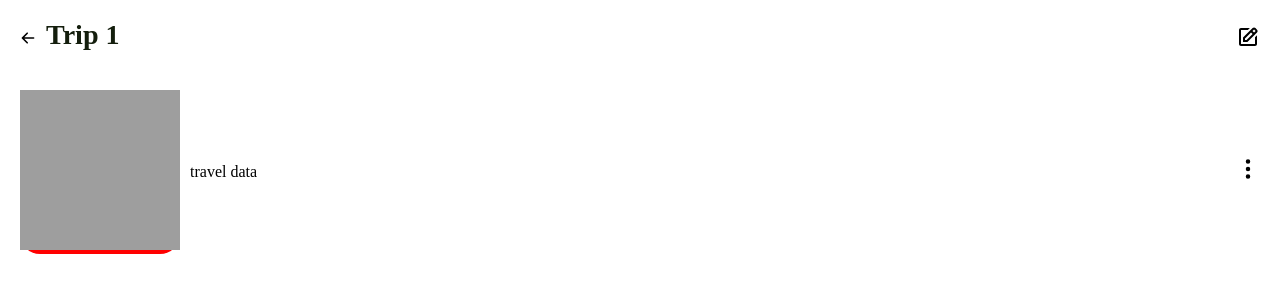
Repository: Abhi2359/PWA_Corider
Page: /
The author's editor kept a copy of each file at every save. The page is drawn from the files as they stood at one save, then again after a run of saves.
The browser window is 1280 px wide. The pictures show the whole page.
Pictures or frames that could not be fetched are drawn as grey boxes. The page's requests for data from a server got no answer. The project was rebuilt for these pictures with package versions that can differ from the ones it lists, and the page was loaded fresh each time. No one was signed in, and anything a server would have sent is missing. Also part of the build but not shown: vite.config.js.

Above is the page before, as saved 2023-05-13 02:26:31.

### src/App.jsx
import { useEffect, useState } from 'react';
import './App.css'
import { fetchData } from './api/fetchData'
import Header from './Header';

function App() {
  const [data, setData] = useState([]);
  const [isLoading, setIsLoading] = useState(false);
  const [error, setError] = useState(null);

  useEffect(() => {
    const fetchDataFromApi = async () => {
      setIsLoading(true);

      try {
        const apiData = await fetchData();
        setData(apiData);
      } catch (error) {
        setError(error.message);
      }

      setIsLoading(false);
    };

    fetchDataFromApi();
  }, []);



  return (
    <>
    <div>
    <Header/>
    </div>
    </>
  )
}

export default App

### src/App.css
*{
    margin: 0;
    padding: 0;
    box-sizing: border-box;
}

/* Header css */
.trip{
    display: flex;
    align-items: center;
    justify-content: space-between;
    margin: 10px;
    padding: 10px;
}
.icon {
    margin-right: 10px;
  }

  .trip_no {
    margin-right: auto;
    margin-bottom: 10px;
    width: 275px;
height: 30px;

font-family: 'Mulish';
font-style: normal;
font-weight: 700;
font-size: 24px;
line-height: 30px;

color: #141E0D;
  }

  .edit_icon {
    margin-left: 10px;
   font-size: 24px;
  }


  .trip_details{
    display: flex;
    align-items: center;
    justify-content: space-between;
    margin: 10px;
    padding: 10px;
}

.user_icon{
    margin-right: 10px;
    border-radius: 20px;
    background-color: red;
}
.travel_data{
    margin-right: auto;
}

.dot_icon{
    margin-left: 10px;
    font-size: 24px;
}

### src/api/fetchData.js
import axios from "axios";

const API_URL = "http://3.111.128.67/assignment/chat";

export const fetchData = async (page) => {
    try {
      const response = await axios.get(API_URL, {
        params: { page },
      });
      return response.data;
    } catch (error) {
      throw new Error('Error while fetching data');
    }
  };

### src/Header.jsx
import React from 'react'
import {HiArrowLeft} from "react-icons/hi"
import {BiEdit} from "react-icons/bi"
import {BsThreeDotsVertical} from "react-icons/bs"
import  styles from"./App.css"
const Header = () => {
  return (

    <>
    <div className="header">
        <div className="trip">
           <div className="icon"><HiArrowLeft/></div>
           <div className="trip_no"><h3>Trip 1</h3></div>
           <div className="edit_icon"><BiEdit/></div>
        </div>
        <div className="trip_details">
            <div className="user_icon" >
                <img src="https://fastly.picsum.photos/id/1072/160/160.jpg?hmac=IDpbpA5neYzFjtkdFmBDKXwgr-907ewXLa9lLk9JuA8" alt="" />
            </div>
            <div className="travel_data">travel data</div>
            <div className="dot_icon"><BsThreeDotsVertical/></div>
        </div>
    </div>
    </>
  )
}

export default Header

Loaded but not shown: index.html (common file); src/main.jsx (common file)

After the next 3 saves:
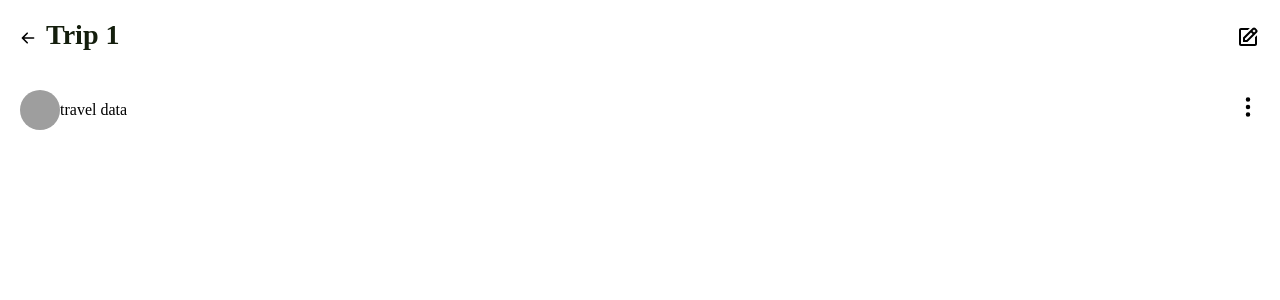
The 3 saves are shown as one change because they came seconds apart.
The last was saved 65 s later.
--- a/src/App.css
+++ b/src/App.css
@@ -45,11 +45,20 @@ color: #141E0D;
     padding: 10px;
 }
 
-.user_icon{
-    margin-right: 10px;
-    border-radius: 20px;
-    background-color: red;
-}
+.user_icon {
+    width: 40px;
+    height: 40px;
+    border-radius: 50%;
+    overflow: hidden;
+  }
+
+  .user_icon img {
+    width: 100%;
+    height: 100%;
+    object-fit: cover;
+  }
+
+
 .travel_data{
     margin-right: auto;
 }
